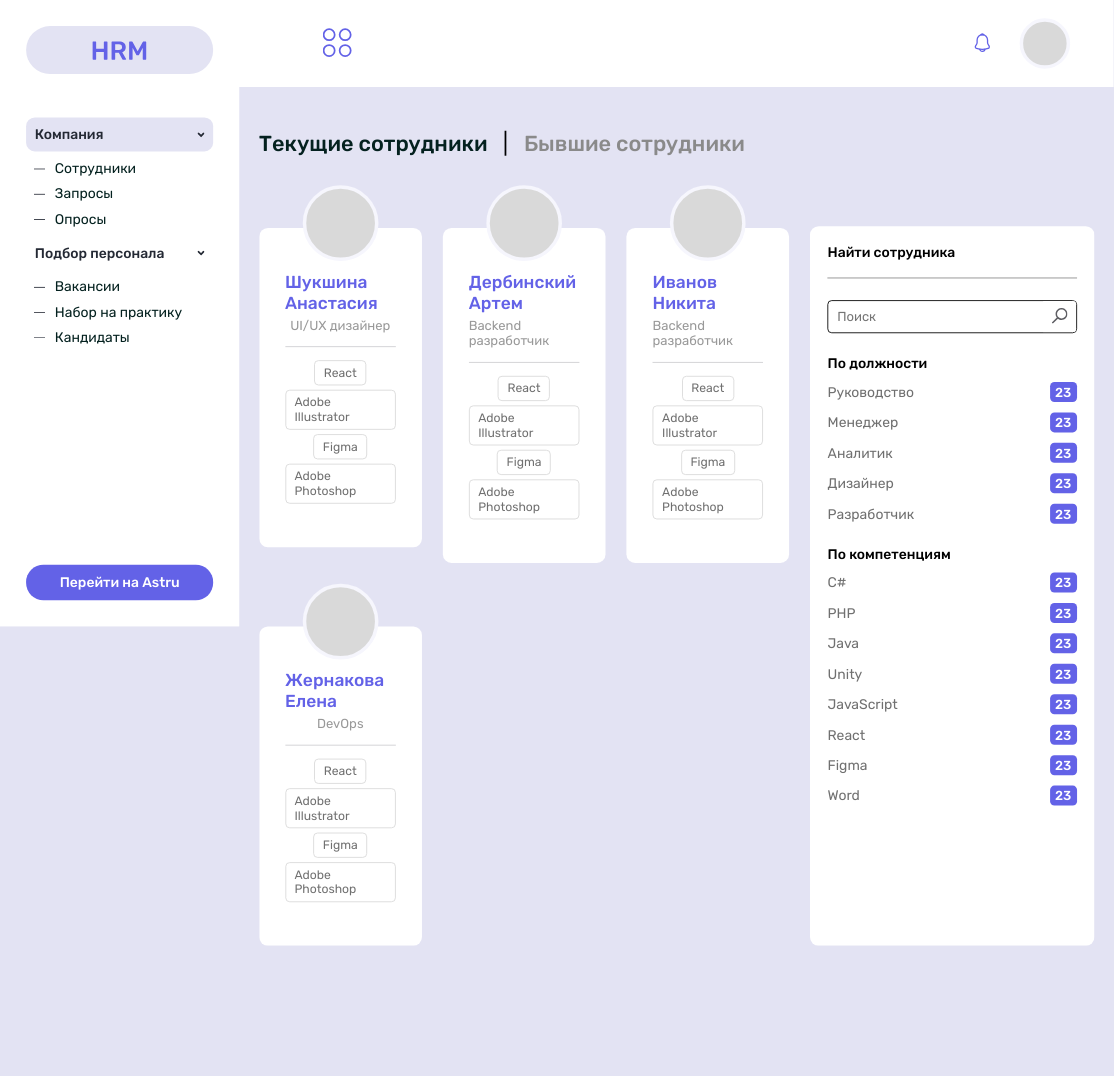
Repository: RuslanKerimov21/CRM-Dashboard
Page: index.html
The author's editor kept a copy of each file at every save. The page is drawn from the files as they stood at one save, then again after the next save.
The browser window is 1280 px wide. The pictures show the whole page, at 87% of full size.

Above is the page before, as saved 2024-04-28 09:27:40.

### index.html
<!DOCTYPE html>
<html lang="ru">
<head>
    <meta charset="UTF-8">
    <meta name="viewport" content="width=device-width, initial-scale=1.0">
    <title>CRM System</title>
    <link rel="stylesheet" href="css/index.css">
</head>

<body>
    <div class="app">
        <aside class="sidebar">
            <div class="sidebar-inner">
                <div class="sidebar-top">
                    <a href="#" class="logo">
                        <img src="assets/icons/logo.svg" alt="logo">
                    </a>
                    <div class="sidebar-nav">
                        <div class="sidebar-nav_group">
                            <button class="sideba-nav_button active">
                                Компания
                                <svg width="8" height="6" viewBox="0 0 8 6" fill="none"
                                    xmlns="http://www.w3.org/2000/svg">
                                    <path d="M1 1.31995L4.1579 4.31995L7 1.31995" stroke="#242934" stroke-width="2"
                                        stroke-linecap="round" />
                                </svg>
                            </button>
                            <ul class="sidebar-nav_list">
                                <li class="sidebar-nav_item">
                                    <a href="#">Сотрудники</a>
                                </li>
                                <li class="sidebar-nav_item">
                                    <a href="#">Запросы</a>
                                </li>
                                <li class="sidebar-nav_item">
                                    <a href="#">Опросы</a>
                                </li>
                            </ul>
                        </div>
                        <div class="sidebar-nav_group">
                            <button class="sideba-nav_button">
                                Подбор персонала
                                <svg width="8" height="6" viewBox="0 0 8 6" fill="none"
                                    xmlns="http://www.w3.org/2000/svg">
                                    <path d="M1 1.31995L4.1579 4.31995L7 1.31995" stroke="#242934" stroke-width="2"
                                        stroke-linecap="round" />
                                </svg>
                            </button>
                            <ul class="sidebar-nav_list">
                                <li class="sidebar-nav_item">
                                    <a href="#">Вакансии</a>
                                </li>
                                <li class="sidebar-nav_item">
                                    <a href="#">Набор на практику</a>
                                </li>
                                <li class="sidebar-nav_item">
                                    <a href="#">Кандидаты</a>
                                </li>
                            </ul>
                        </div>
                    </div>
                </div>
                <div class="sidebar-bottom">
                    <a href="#" class="button">Перейти на Astru</a>
                </div>
            </div>
        </aside>
        <header class="header">
            <div class="header-inner">
                <button>
                    <img src="./assets/icons/button.svg" alt="header-button">
                </button>
                <div class="header-right">
                    <button>
                        <img src="./assets/icons/notify.svg" alt="notify">
                    </button>
                    <div class="header-profile"></div>
                </div>
            </div>
        </header>
        <div class="page-inner">
            <nav class="page-nav">
                <ol class="breadcrumbs-list">
                    <li class="breadcrumbs-item">
                        <a href="#">Текущие сотрудники</a>
                    </li>
                    <li class="breadcrumbs-separator"></li>
                    <li class="breadcrumbs-item">
                        <span>Бывшие сотрудники</span>
                    </li>
                </ol>
            </nav>
            <div class="page-content">
                <ul class="staff-list">
                    <li class="staff-item">
                        <div class="staff-avatar"></div>
                        <div class="staff-content">
                            <div class="staff-content_top">
                                <a href="staff.page.html" class="staff-name">Шукшина Анастасия</a>
                                <span class="staff-position">UI/UX дизайнер</span>
                            </div>
                            <div class="staff-content_bottom">
                                <ul class="staff-tag_list">
                                    <li class="staff-tag-item">
                                        React
                                    </li>
                                    <li class="staff-tag-item">
                                        Adobe Illustrator
                                    </li>
                                    <li class="staff-tag-item">
                                        Figma
                                    </li>
                                    <li class="staff-tag-item">
                                        Adobe Photoshop
                                    </li>
                                </ul>
                            </div>
                        </div>
                    </li>
                    <li class="staff-item">
                        <div class="staff-avatar"></div>
                        <div class="staff-content">
                            <div class="staff-content_top">
                                <a href="staff.page.html" class="staff-name">Дербинский Артем</a>
                                <span class="staff-position">Backend разработчик</span>
                            </div>
                            <div class="staff-content_bottom">
                                <ul class="staff-tag_list">
                                    <li class="staff-tag-item">
                                        React
                                    </li>
                                    <li class="staff-tag-item">
                                        Adobe Illustrator
                                    </li>
                                    <li class="staff-tag-item">
                                        Figma
                                    </li>
                                    <li class="staff-tag-item">
                                        Adobe Photoshop
                                    </li>
                                </ul>
                            </div>
                        </div>
                    </li>
                    <li class="staff-item">
                        <div class="staff-avatar"></div>
                        <div class="staff-content">
                            <div class="staff-content_top">
                                <a href="staff.page.html" class="staff-name">Иванов Никита</a>
                                <span class="staff-position">Backend разработчик</span>
                            </div>
                            <div class="staff-content_bottom">
                                <ul class="staff-tag_list">
                                    <li class="staff-tag-item">
                                        React
                                    </li>
                                    <li class="staff-tag-item">
                                        Adobe Illustrator
                                    </li>
                                    <li class="staff-tag-item">
                                        Figma
                                    </li>
                                    <li class="staff-tag-item">
                                        Adobe Photoshop
                                    </li>
                                </ul>
                            </div>
                        </div>
                    </li>
                    <li class="staff-item">
                        <div class="staff-avatar"></div>
                        <div class="staff-content">
                            <div class="staff-content_top">
                                <a href="staff.page.html" class="staff-name">Жернакова Елена</a>
                                <span class="staff-position">DevOps</span>
                            </div>
                            <div class="staff-content_bottom">
                                <ul class="staff-tag_list">
                                    <li class="staff-tag-item">
                                        React
                                    </li>
                                    <li class="staff-tag-item">
                                        Adobe Illustrator
                                    </li>
                                    <li class="staff-tag-item">
                                        Figma
                                    </li>
                                    <li class="staff-tag-item">
                                        Adobe Photoshop
                                    </li>
                                </ul>
                            </div>
                        </div>
                    </li>
                </ul>
                <div class="staff-search">
                    <div class="staff-searfch_title">
                        Найти сотрудника
                    </div>
                    <form class="form-search">
                        <input type="text" name="search" placeholder="Поиск">
                        <button class="search">
                            <svg width="18" height="18" viewBox="0 0 18 18" fill="none"
                                xmlns="http://www.w3.org/2000/svg">
                                <path
                                    d="M11.1602 0C7.38257 0 4.32041 3.06215 4.32041 6.83979C4.32041 8.42149 4.85814 9.87719 5.75812 11.0359L0.0522885 16.7417C0.0187911 16.7756 0 16.8212 0 16.8688C0 16.9165 0.0187911 16.9621 0.0522885 16.996L1.00401 17.9477C1.07376 18.0174 1.1885 18.0174 1.25825 17.9477L6.96408 12.2419C8.1228 13.1418 9.5785 13.6796 11.1602 13.6796C14.9378 13.6796 18 10.6174 18 6.83979C18 3.06215 14.9378 0 11.1602 0ZM14.7871 10.4667C13.8196 11.4364 12.5304 11.9696 11.1602 11.9696C9.79 11.9696 8.50078 11.4364 7.53331 10.4667C6.56359 9.4992 6.03036 8.20999 6.03036 6.83979C6.03036 5.46958 6.56359 4.18037 7.53331 3.2129C8.50078 2.24318 9.79 1.70995 11.1602 1.70995C12.5304 1.70995 13.8196 2.24318 14.7871 3.2129C15.7568 4.18037 16.2901 5.46958 16.2901 6.83979C16.2901 8.20999 15.7568 9.4992 14.7871 10.4667Z"
                                    fill="#5E5E63" />
                            </svg>
                        </button>
                    </form>
                    <div class="search-filter">
                        <div class="search-filter_group">
                            <div class="search-filter_title">По должности</div>
                            <ul class="search-filter_list">
                                <li class="search-filter_item">
                                    Руководство
                                    <span class="filter-length">23</span>
                                </li>
                                <li class="search-filter_item">
                                    Менеджер
                                    <span class="filter-length">23</span>
                                </li>
                                <li class="search-filter_item">
                                    Аналитик
                                    <span class="filter-length">23</span>
                                </li>
                                <li class="search-filter_item">
                                    Дизайнер
                                    <span class="filter-length">23</span>
                                </li>
                                <li class="search-filter_item">
                                    Разработчик
                                    <span class="filter-length">23</span>
                                </li>
                            </ul>
                        </div>
                        <div class="search-filter_group">
                            <div class="search-filter_title">По компетенциям</div>
                            <ul class="search-filter_list">
                                <li class="search-filter_item">
                                    C#
                                    <span class="filter-length">23</span>
                                </li>
                                <li class="search-filter_item">
                                    PHP
                                    <span class="filter-length">23</span>
                                </li>
                                <li class="search-filter_item">
                                    Java
                                    <span class="filter-length">23</span>
                                </li>
                                <li class="search-filter_item">
                                    Unity
                                    <span class="filter-length">23</span>
                                </li>
                                <li class="search-filter_item">
                                    JavaScript
                                    <span class="filter-length">23</span>
                                </li>
                                <li class="search-filter_item">
                                    React
                                    <span class="filter-length">23</span>
                                </li>
                                <li class="search-filter_item">
                                    Figma
                                    <span class="filter-length">23</span>
                                </li>
                                <li class="search-filter_item">
                                    Word
                                    <span class="filter-length">23</span>
                                </li>
                            </ul>
                        </div>
                    </div>
                </div>
            </div>
        </div>
    </div>
</body>

</html>

### css/global.css
*,
*::after,
*::before {
    box-sizing: inherit;
}
html {
    box-sizing: border-box;
}
body {
    margin: 0;
    overflow: hidden;
    background: #E3E3F3;
    font-family: "Rubik", sans-serif;
}
ul,
p,
h1,
h2,
h3,
h4,
p,
button,
input,
span,
ol {
    margin: 0;
    padding: 0;
    font-weight: normal;
}
li {
    list-style: none;
}
a {
    display: flex;
    color: #04211F;
    font-weight: 400;
    text-decoration: none;
    transition: all .2s ease;
}
button,
input,
select,
textarea {
    border: none;
    outline: none;
    background: none;
    font-family: "Rubik", sans-serif;
}

button{
    cursor: pointer;
}

### css/header.css
.header {
    width: 100%;
    position: absolute;
    padding: 21px 50px;
    background: #fff;
}

.header-inner {
    display: flex;
    padding-left: 321px;
    align-items: center;
    justify-content: space-between;
}

.header-right{
    gap: 0 30px;
    display: flex;
    align-items: center;
}

.header-profile{
    width: 58px;
    height: 58px;
    overflow: hidden;
    border-radius: 100%;
    background: #D9D9D9;
    border: 4px solid #F6F6FD;
}

.header-profile img{
    width: 100%;
    height: 100%;
    object-fit: cover;
}

### css/sidebar.css
.logo {
    width: 100%;
    height: 55px;
    display: flex;
    align-items: center;
    background: #E3E3F3;
    justify-content: center;
    border-radius: 40px;
}

.sidebar {
    top: 0;
    left: 0;
    z-index: 1;
    height: 100vh;
    min-width: 275px;
    background: #fff;
}

.sidebar-inner {
    height: 100%;
    padding: 30px;
    display: flex;
    flex-direction: column;
    justify-content: space-between;
}

.sidebar-nav {
    margin-top: 50px;
}

.sideba-nav_button {
    width: 100%;
    padding: 10px;
    display: flex;
    font-size: 16px;
    color: #242934;
    font-weight: 500;
    text-align: left;
    align-items: center;
    border-radius: 10px;
    justify-content: space-between;
}

.sideba-nav_button.active{
    background: #E3E3F3;
}

.sidebar-nav_list {
    gap: 10px 0;
    display: flex;
    padding: 10px 33px;
    flex-direction: column;
}

.sidebar-nav_item {
    display: flex;
    align-items: center;
    position: relative;
}

.sidebar-nav_item::before {
    content: '';
    left: -24px;
    width: 13px;
    height: 2px;
    position: absolute;
    background-repeat: no-repeat;
    background-image: url('../assets/icons/line.svg');
}

### css/staff.list.css
.staff-list {
    width: 71%;
    display: grid;
    grid-gap: 24px;
    margin-top: -47px;
    grid-template-columns: 1fr 1fr 1fr ;
}

.staff-item {
    flex-shrink: 0;
    display: flex;
    height: fit-content;
    position: relative;
    align-items: center;
    flex-direction: column;
}

.staff-avatar {
    z-index: 1;
    top: -48px;
    width: 87px;
    height: 87px;
    overflow: hidden;
    border-radius: 100%;
    background: #D9D9D9;
    border: 4px solid #F6F6FD;
}

.staff-content {
    padding: 50px 30px;
    border-radius: 10px;
    background: #fff;
    margin-top: -38px;
}

.staff-content_top {
    gap: 5px 0;
    display: flex;
    padding-bottom: 15px;
    align-items: center;
    flex-direction: column;
    border-bottom: 1px solid #CECED1;
}

.staff-name {
    color: #6362E7;
    font-size: 20px;
    font-weight: 500;
}

.staff-position {
    font-size: 15px;
    color: #999999;
}

.staff-content_bottom{
    display: flex;
    justify-content: center;
}

.staff-tag_list {
    display: flex;
    grid-gap: 5px;
    margin-top: 15px;
    flex-wrap: wrap;
    justify-content: center;
}

.staff-tag-item {
    display: flex;
    font-size: 14px;
    color: #707070;
    width: fit-content;
    padding: 5px 10px;
    align-items: center;
    border-radius: 5px;
    justify-content: center;
    border: 1px solid #D9D9D9;
}

### css/staff.search.css
.staff-search {
    width: 360px;
    padding: 20px;
    overflow: hidden;
    background: #fff;
    border-radius: 10px;
}

.staff-searfch_title {
    font-weight: 500;
    padding-bottom: 20px;
    border-bottom: 1px solid #8A8A8A;
}

.form-search {
    width: 100%;
    height: 38px;
    display: flex;
    margin-top: 25px;
    padding: 0 10px;
    overflow: hidden;
    align-items: center;
    position: relative;
    border-radius: 5px;
    border: 1px solid #000;
}

.form-search input {
    width: 100%;
    font-size: 15px;
}

.search {
    right: 0;
    width: 38px;
    height: 100%;
    cursor: pointer;
    background: #fff;
    position: absolute;
}

.search-filter_group{
    margin-top: 25px;
}

.search-filter_title {
    font-weight: 500;
}

.search-filter_list {
    gap: 12px 0;
    display: flex;
    margin-top: 12px;
    flex-direction: column;
}

.search-filter_item {
    display: flex;
    color: #707070;
    font-weight: 400;
    align-items: center;
    justify-content: space-between;
}

.filter-length {
    width: 31px;
    height: 23px;
    color: #fff;
    display: flex;
    font-weight: 500;
    font-size: 15px;
    border-radius: 5px;
    align-items: center;
    background: #6362E7;
    justify-content: center;
}

### css/page.naviagation.css
.breadcrumbs-list {
    gap: 0 20px;
    display: flex;
}

.breadcrumbs-item a,
.breadcrumbs-item span {
    font-size: 25px;
    font-weight: 500;
}

.breadcrumbs-item span {
    color: #8A8A8A;
}

.breadcrumbs-separator {
    border: 1px solid #000;
}

Loaded but not shown: css/index.css (267 lines, source omitted)

After the next save:
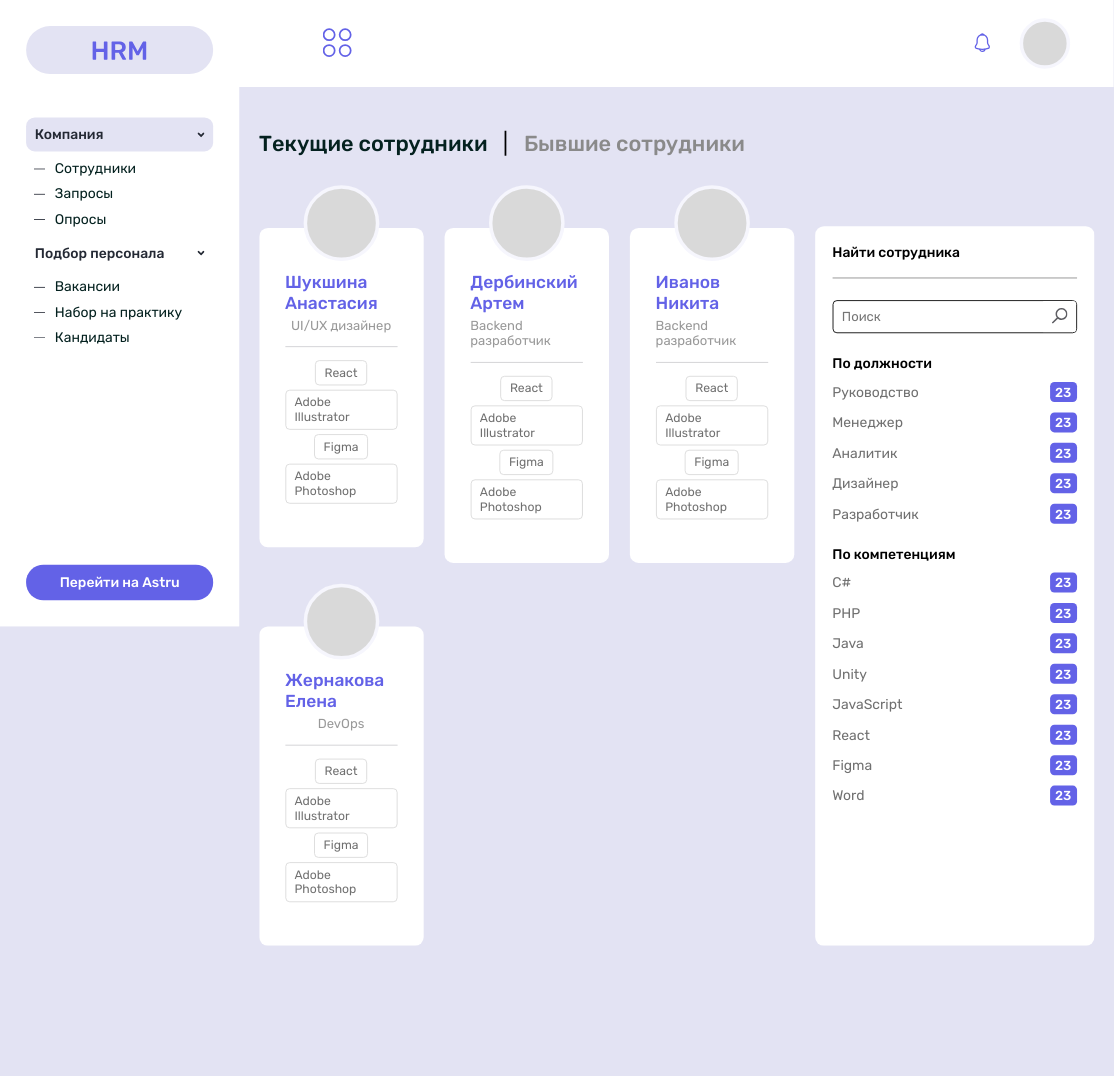
Saved 2 min 2 s later.
--- a/css/staff.list.css
+++ b/css/staff.list.css
@@ -1,5 +1,5 @@
 .staff-list {
-    width: 71%;
+    width: 73%;
     display: grid;
     grid-gap: 24px;
     margin-top: -47px;
